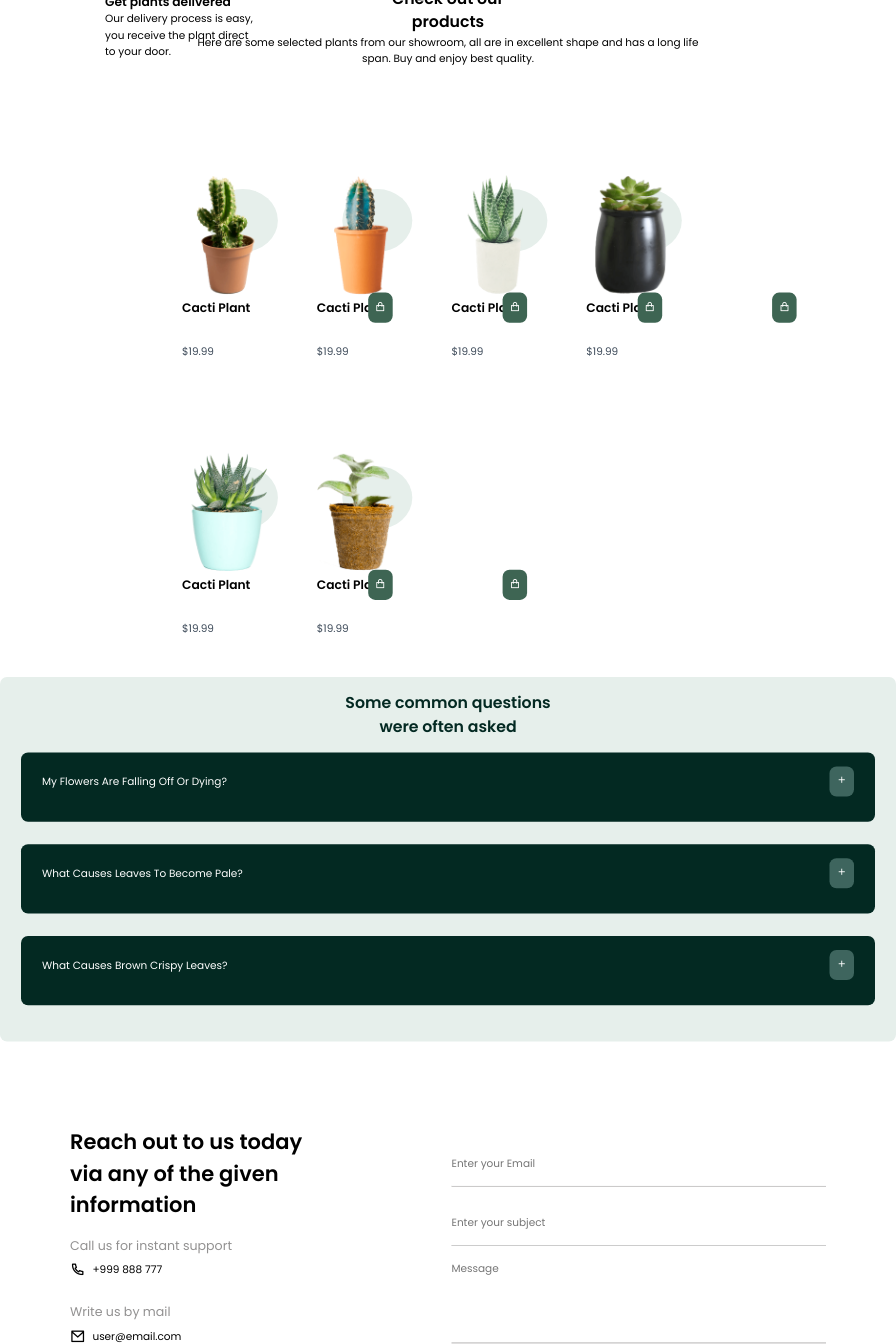
Repository: OmniaRafat232111121/plantwebsite
Page: index.html
These files come from the project's save history. The page is drawn as it stood at one moment and after the next save; the edit follows.
The browser window is 1280 px wide. The pictures show the part of the page from y = 1730 to 3650 px (the page is 4156 px tall before and 4276 px after), at 70% of full size.

Above is the page before, as saved 2023-01-05 17:25:10.

After the next save:
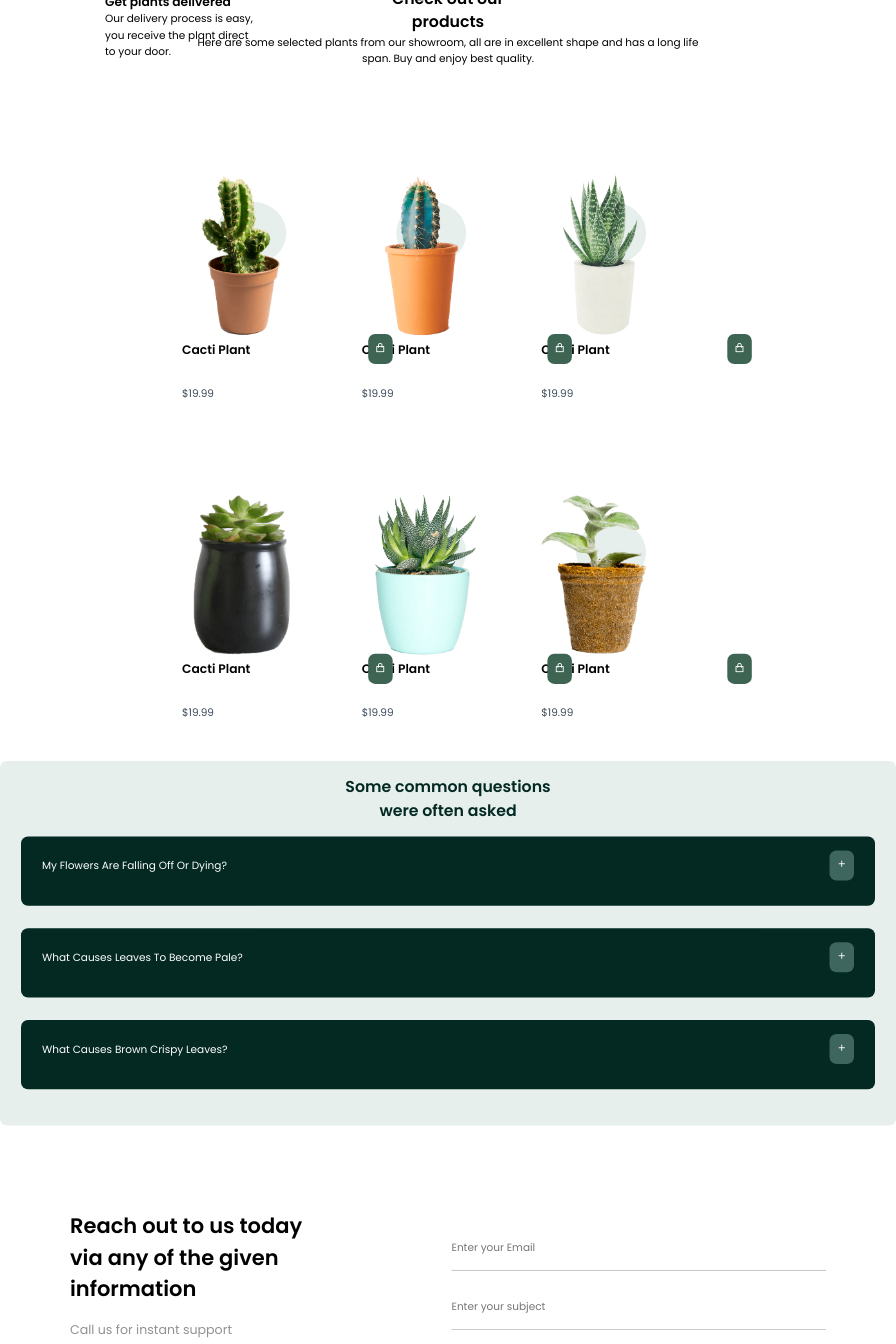
Saved 6 s later.
--- a/assets/css/styles.css
+++ b/assets/css/styles.css
@@ -535,7 +535,7 @@ margin-top: 40px;
 }
 .products-boxes{
    display:grid;
-grid-template-columns: repeat(auto-fit, minmax(150px, 1fr));
+grid-template-columns: repeat(auto-fit, minmax(200px, 1fr));
 grid-gap:10px;
 margin-top: 40px;
 }
